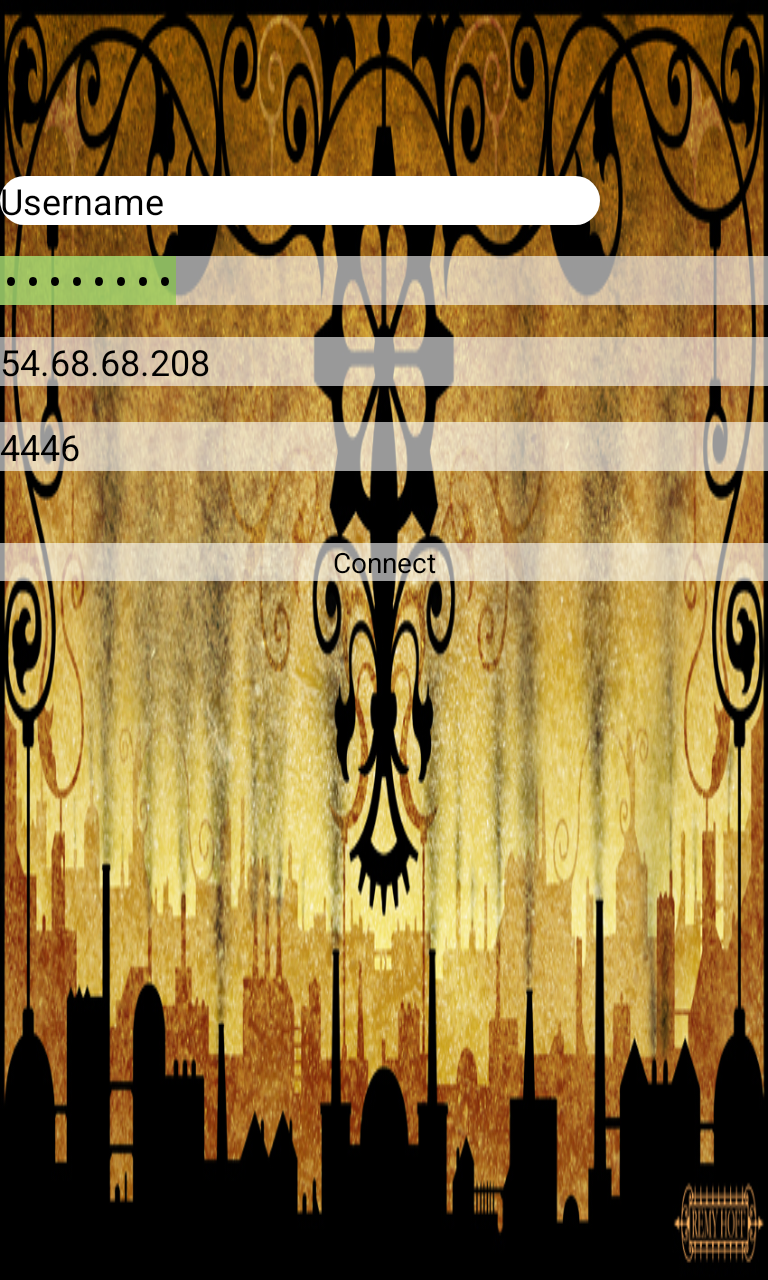
Repository: jkrepps/CSCE-482
Layout: Mobile Client (eclipse)/Industry of Deciet/res/layout/mains.xml
An editor plug-in stored every save of this project. The layout is shown before and after the next save, followed by the edit.
It is drawn on a 768 x 1280 px phone screen (xhdpi) without system bars, with theme AppTheme; the app's code is not run.

Above is the layout before, as saved 2014-12-03 10:47:20.

After the next save:
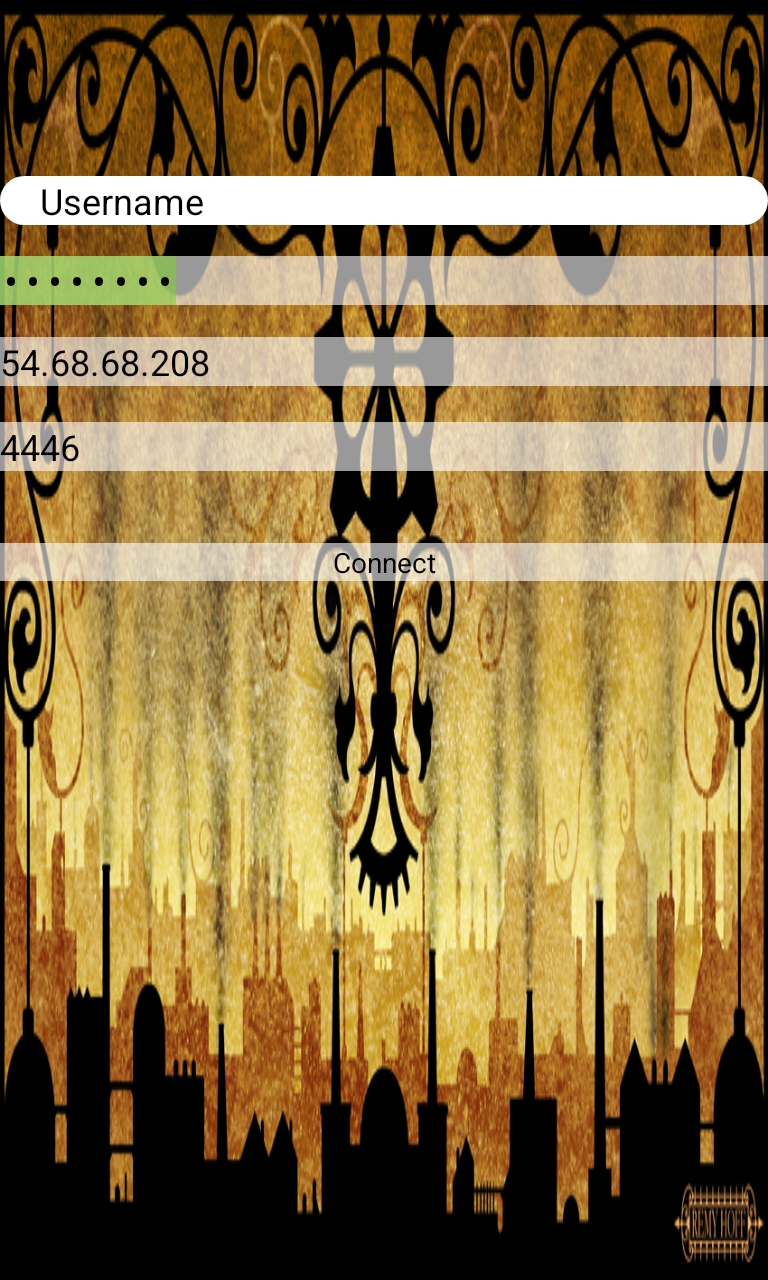
Saved 57 s later.
--- a/Mobile Client (eclipse)/Industry of Deciet/res/layout/mains.xml
+++ b/Mobile Client (eclipse)/Industry of Deciet/res/layout/mains.xml
@@ -78,14 +78,15 @@
 
         <EditText
             android:id="@+id/editText1"
-            android:background="@drawable/roundededittext"
-            android:layout_width="300dp"
+            android:layout_width="match_parent"
             android:layout_height="wrap_content"
             android:layout_alignBottom="@+id/editText2"
             android:layout_alignParentLeft="true"
             android:layout_marginBottom="40dp"
+            android:background="@drawable/roundededittext"
             android:ems="10"
             android:inputType="textPersonName"
+            android:paddingLeft="20dp"
             android:selectAllOnFocus="true"
             android:text="Username"
             android:textColor="#FF000000" />
